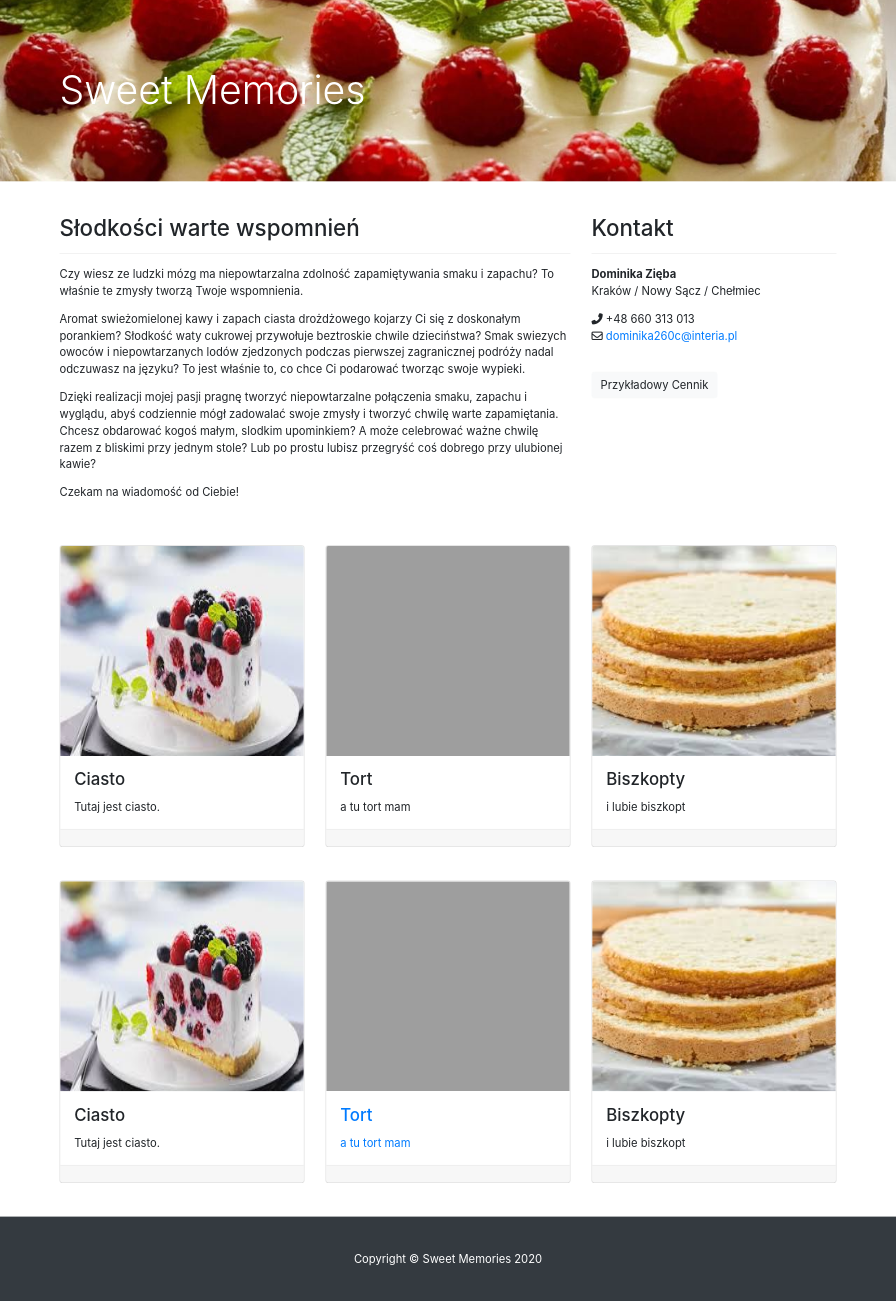
Repository: dominika260c/sweet_memories
Page: index.html
An editor plug-in stored every save of this project. The page is shown before and after the next save, followed by the edit.
The browser window is 1280 px wide. The pictures show the whole page, at 70% of full size.
Pictures or frames that could not be fetched are drawn as grey boxes. Some web libraries are served in a nearby version.

Above is the page before, as saved 2020-07-02 16:37:22.

After the next save:
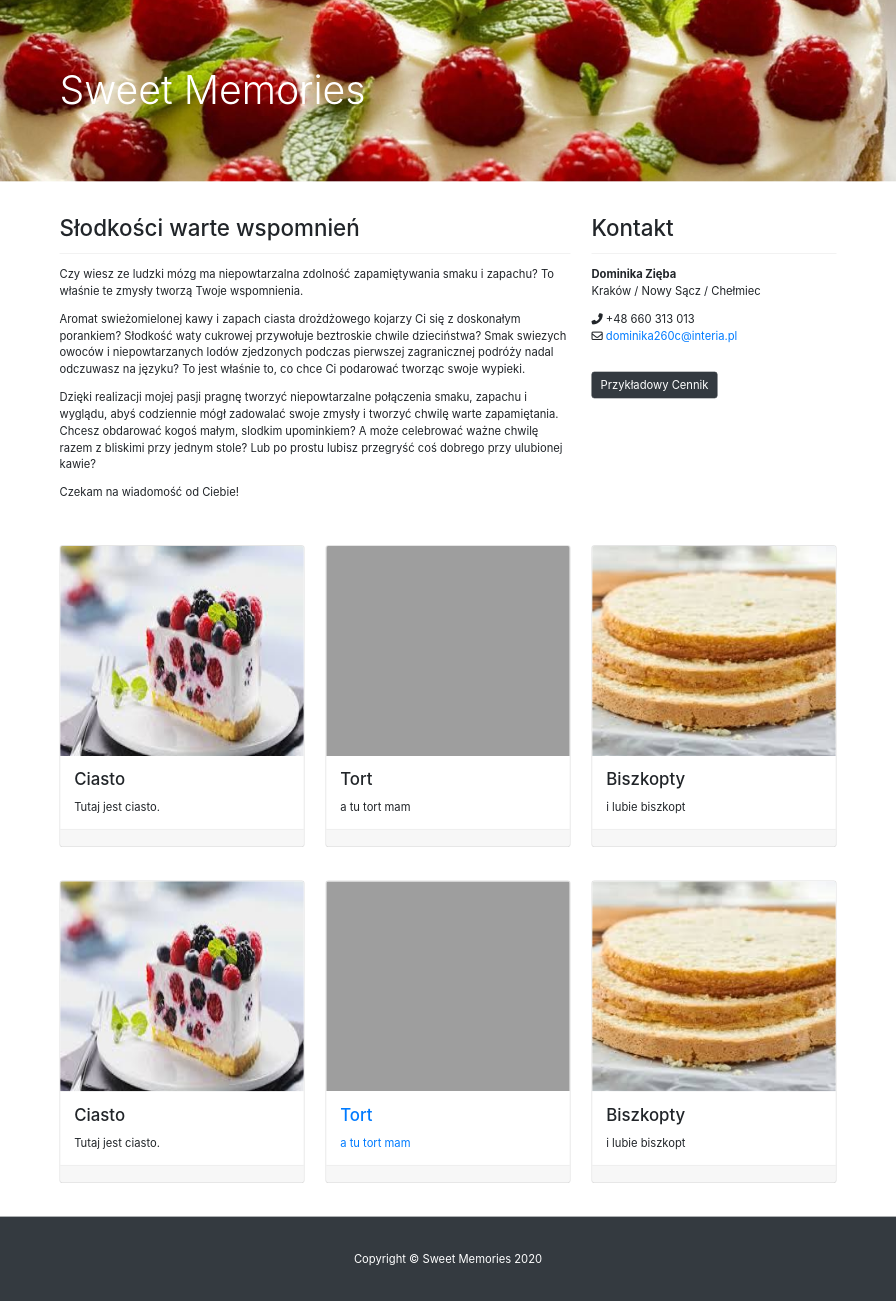
Saved 27 s later.
--- a/index.html
+++ b/index.html
@@ -118,7 +118,7 @@
             <a href="mailto:#">dominika260c@interia.pl</a>
           </address>
           <br />
-          <button type="button" class="btn btn-light">Przykładowy Cennik</button>
+          <button type="button" class="btn btn-dark">Przykładowy Cennik</button>
         </div>
       </div>
       <!-- /.row -->
